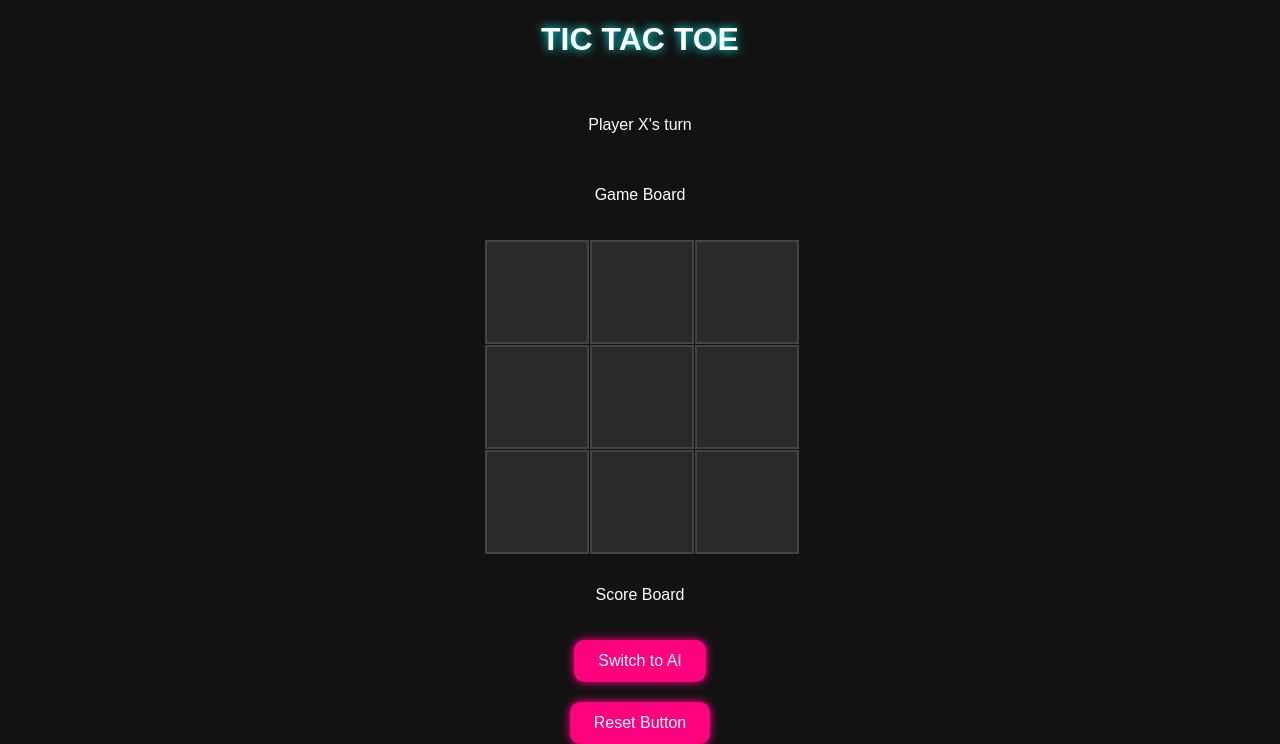
Repository: Yash19075/TicTacToe-game
Page: TicTacToe.html
These files come from the project's save history. The page is drawn as it stood at one moment and after the next save; the edit follows.
The browser window is 1280 px wide. The pictures show the whole page.

Above is the page before, as saved 2025-03-09 10:37:40.

After the next save:
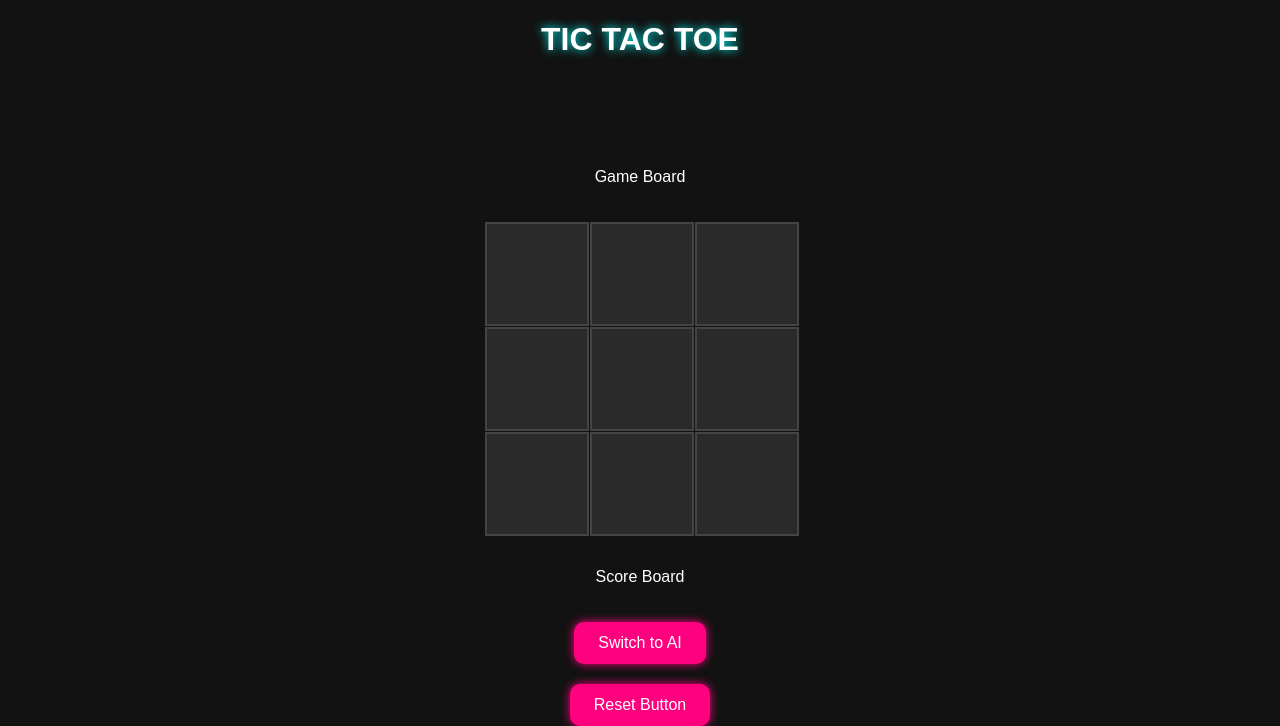
Saved 41 s later.
--- a/TicTacToe.js
+++ b/TicTacToe.js
@@ -44,14 +44,14 @@ function winner() {
     }
 }
 
-if(move === 'X')
-    {
-        document.querySelector(".player-turn").innerHTML = `Player X's turn`;
-    }
-    else
-    {
-        document.querySelector(".player-turn").innerHTML = `Player 0's turn`
-    }
+// if(move === 'X')
+//     {
+//         document.querySelector(".player-turn").innerHTML = `Player X's turn`;
+//     }
+//     else
+//     {
+//         document.querySelector(".player-turn").innerHTML = `Player 0's turn`
+//     }
 
 function handleClick(index) {
     if (cells[index].innerHTML === '') {
